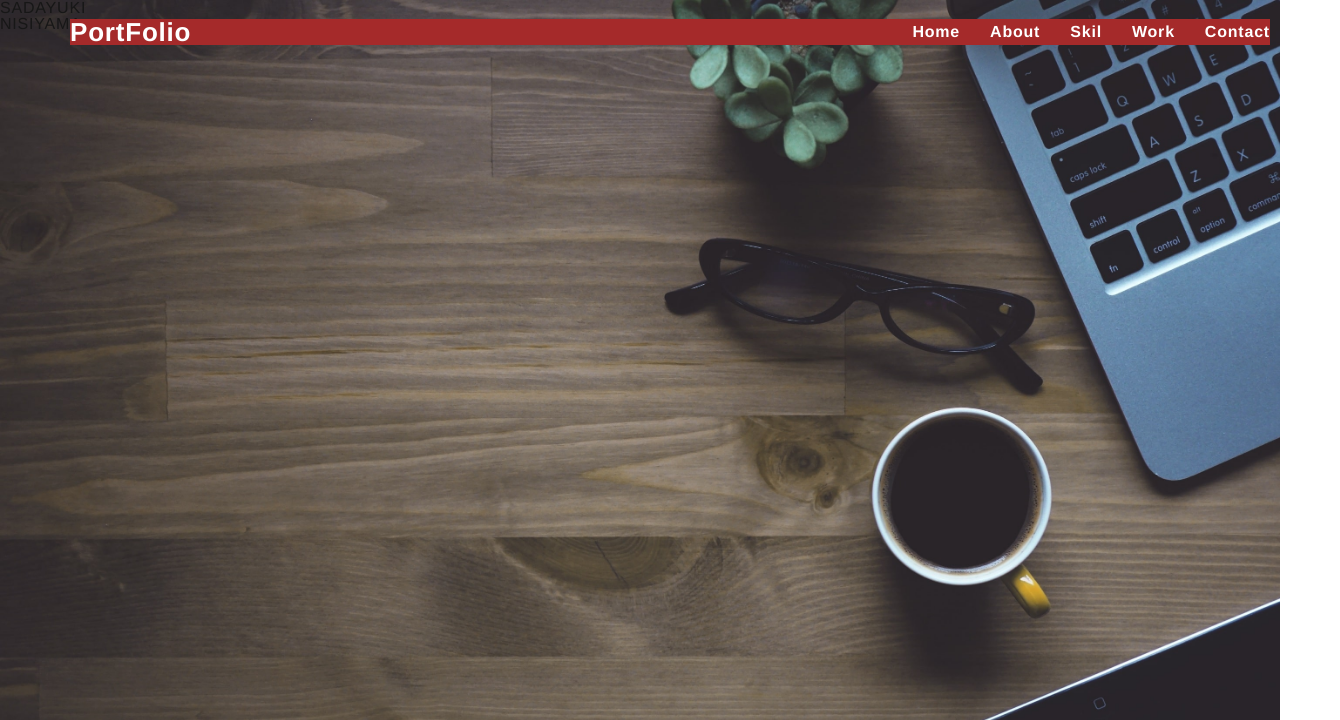
Repository: sadayuki15/portfolio
Page: index.html
The author's editor kept a copy of each file at every save. The page is drawn from the files as they stood at one save, then again after a run of saves.
The browser window is 1280 px wide. The page is 1340 px wide, so the pictures cover 1340 px, including what lies to the right of the window. The pictures show the whole page.

Above is the page before, as saved 2021-04-21 12:12:14.

After the next 3 saves:
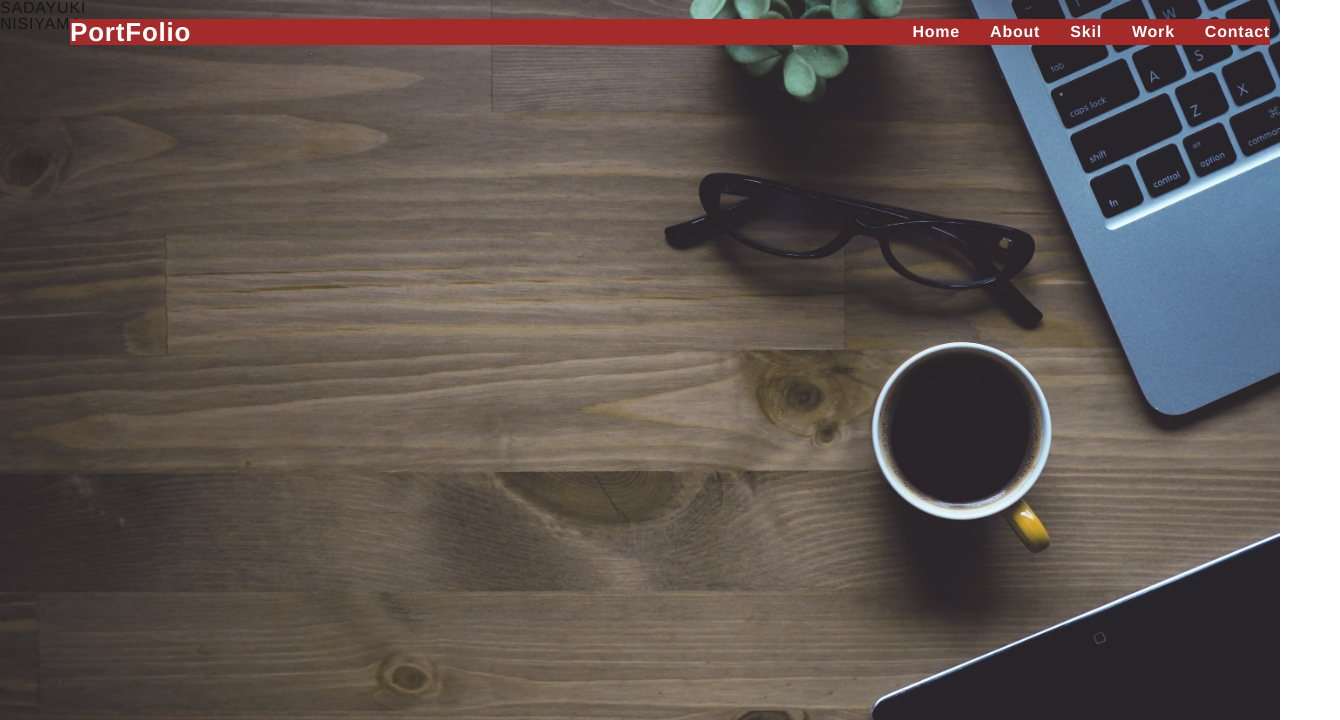
The 3 saves are shown as one change because they came seconds apart.
The last was saved 11 s later.
--- a/css/style.css
+++ b/css/style.css
@@ -57,7 +57,7 @@
   min-height: 550px;
   background-image: url(../img/fv-top.jpg);
   background-size: cover;
-  bcg
+  background-position: center;
 
 
 }
